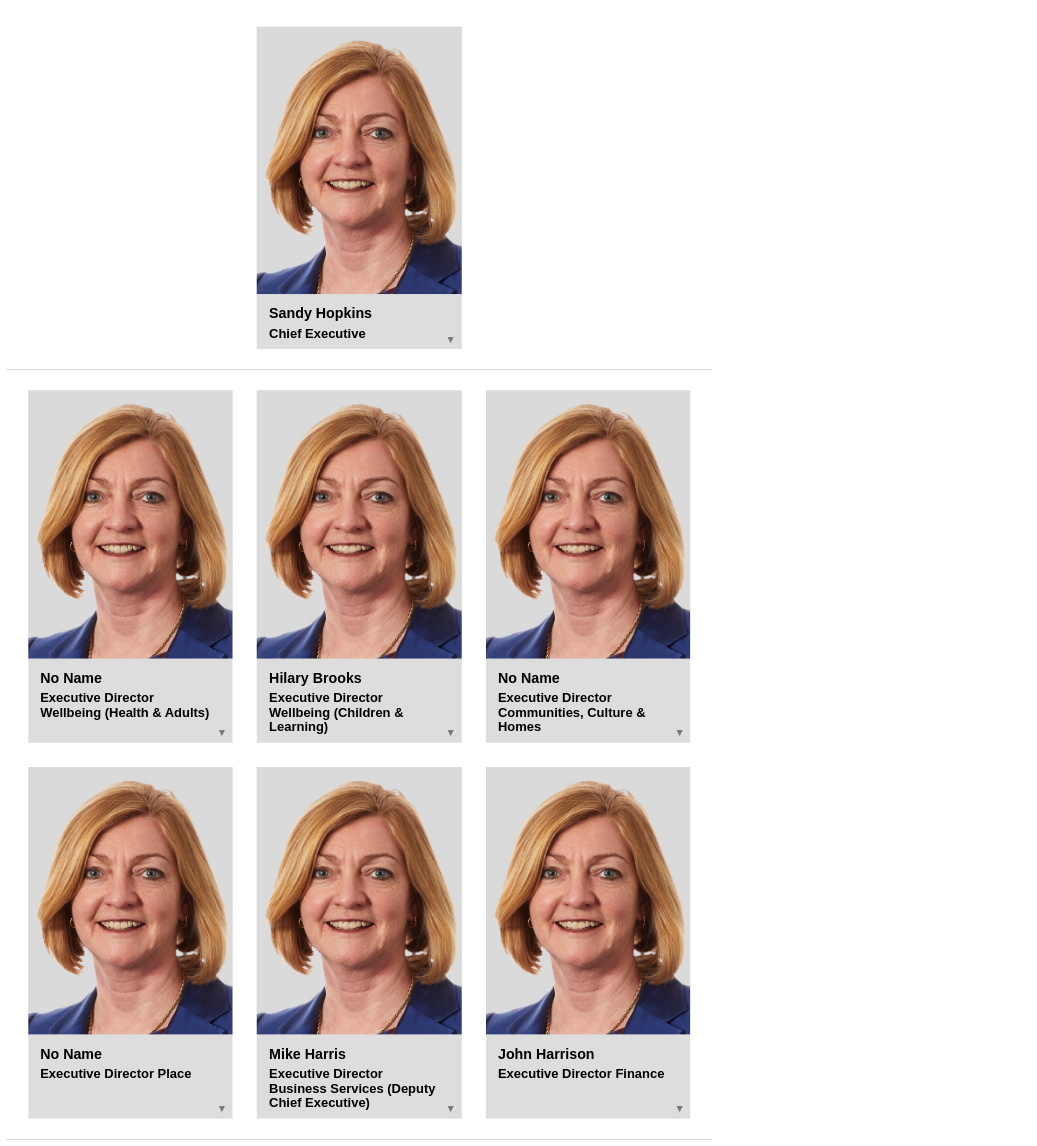
Repository: DigitalExperienceTeam/management
Page: index.html
The author's editor kept a record of every edit. The page is drawn from the files as they stood at one moment, then again after the next edit.
The browser window is 1280 px wide. The pictures show the whole page, at 81% of full size.

Above is the page before.

After the next edit:
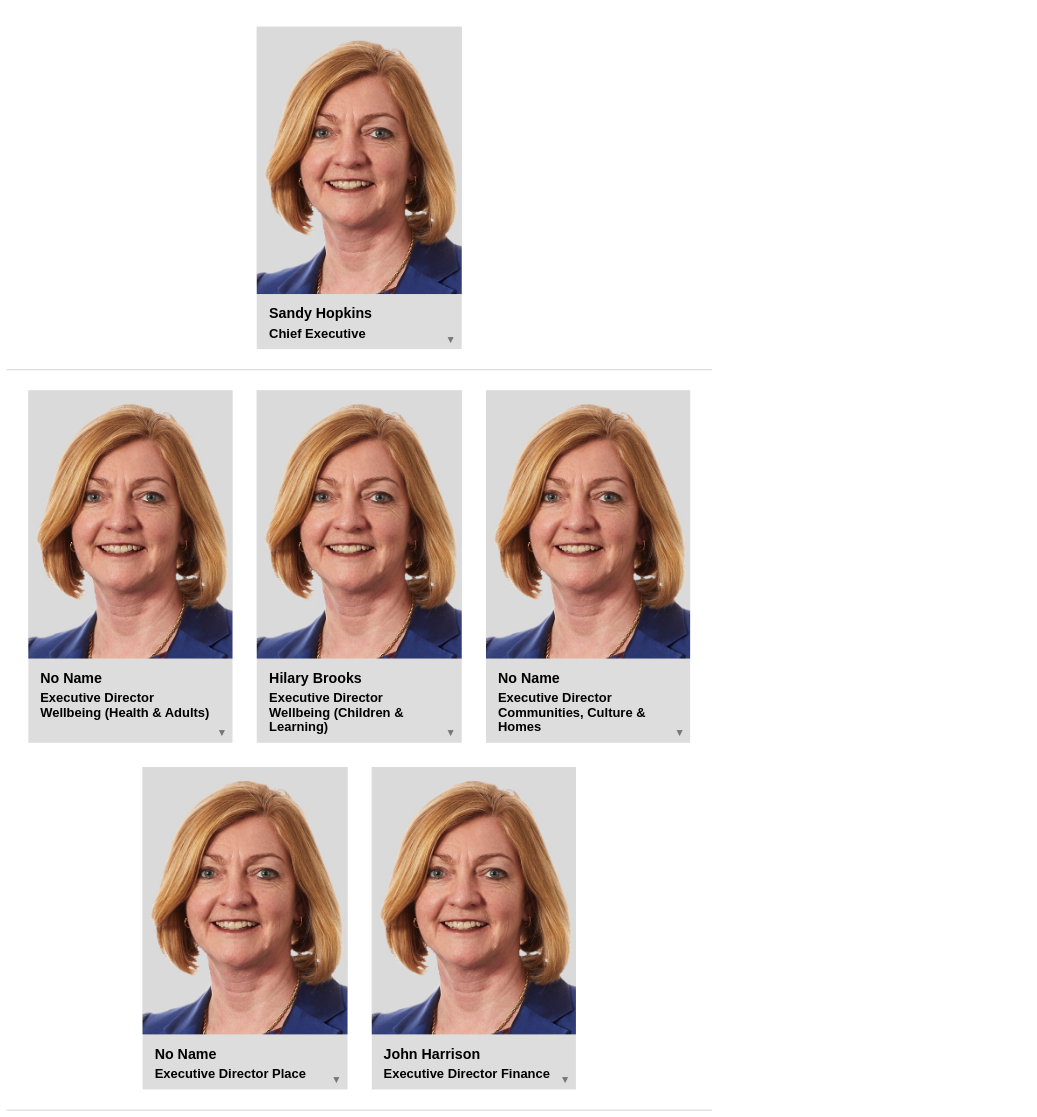
The edit:
--- a/index.html
+++ b/index.html
@@ -83,18 +83,7 @@
             </div>
         </div>
 
-          <div class="profile lighter">
-               <img class="profile-pic" src="sandy.jpg">
-            <div class="details">
-                <p class="name">Mike Harris</p>
-                <p class="title">Executive Director Business Services (Deputy Chief Executive)<span class="more">&#9660;</span></p>
-            </div>
-            <div class="bio">
-                <p>Lorem ipsum dolor sit amet, consectetur adipiscing elit. Nunc quis feugiat magna, non vehicula purus. Sed quis enim et dolor tempor aliquet. Proin a tincidunt ligula, nec rhoncus risus. Aliquam ut magna ac nisl dapibus lobortis ut molestie eros. Maecenas ornare quam vel accumsan congue. Curabitur mattis, odio non rhoncus tempor, diam elit convallis lacus, quis feugiat est lectus sit amet mi. Donec at ex in turpis luctus blandit sit amet eu eros. Nullam a libero turpis. Nullam mattis id est ut suscipit. Donec hendrerit turpis sed ligula hendrerit commodo.</p>
-<p>Cras sed vulputate libero. Nam rhoncus quam turpis, vitae eleifend velit ornare a. Donec sollicitudin leo id nunc faucibus, imperdiet porttitor ex dictum. Nam condimentum nibh porta ligula molestie rhoncus. Sed pellentesque lacinia nisi ut finibus. Fusce facilisis scelerisque facilisis. Sed consequat quam nec lectus faucibus lacinia.</p>
-<div class="less">&#9650;</div>
-            </div>
-        </div>
+
 
            <div class="profile lighter">
               <img class="profile-pic" src="sandy.jpg">

After the edit that followed:
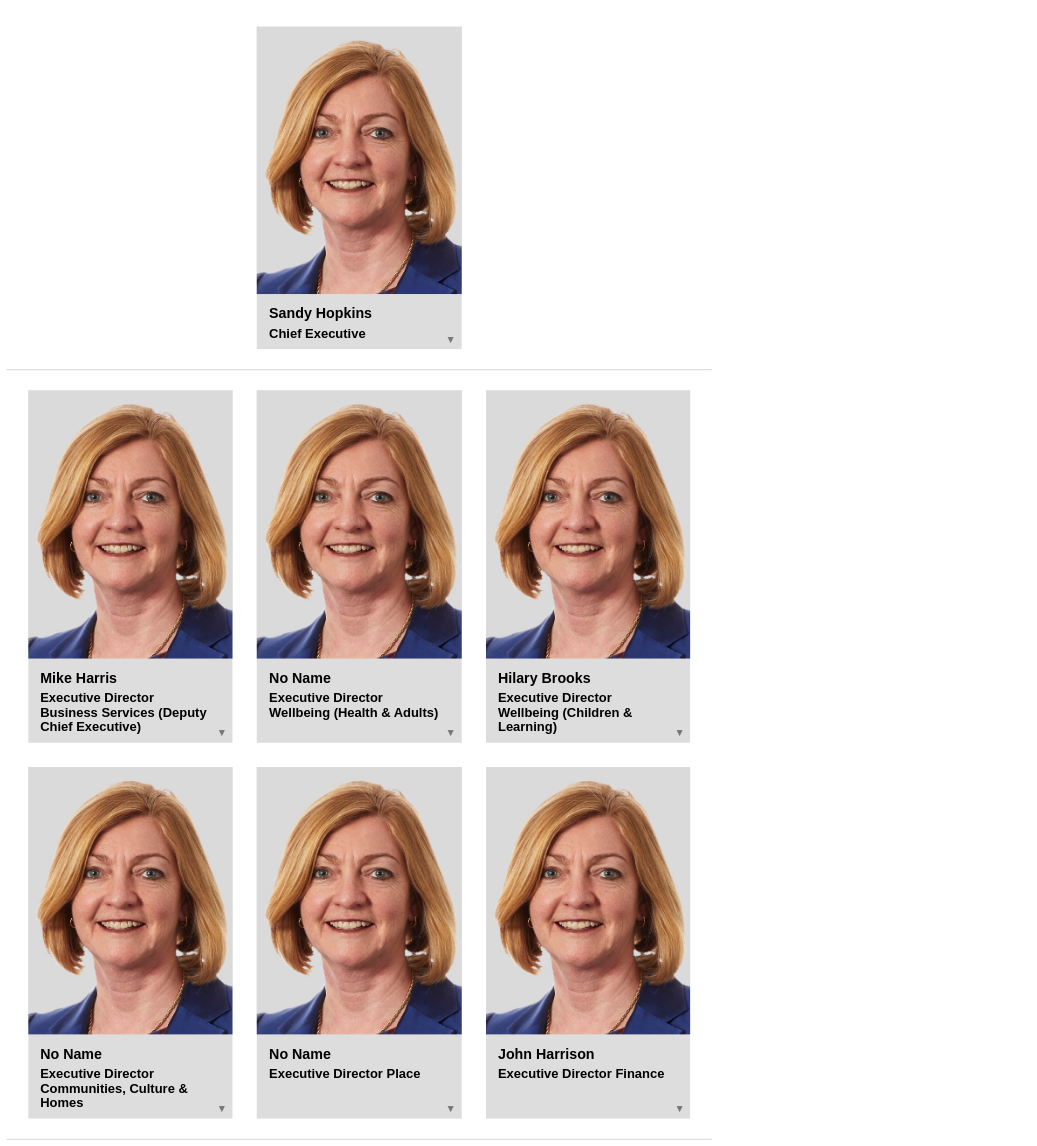
The edit:
--- a/index.html
+++ b/index.html
@@ -32,6 +32,20 @@
 
 
     <div class="profiles-wrapper">
+
+
+                 <div class="profile lighter">
+               <img class="profile-pic" src="sandy.jpg">
+            <div class="details">
+                <p class="name">Mike Harris</p>
+                <p class="title">Executive Director Business Services (Deputy Chief Executive)<span class="more">&#9660;</span></p>
+            </div>
+            <div class="bio">
+                <p>Lorem ipsum dolor sit amet, consectetur adipiscing elit. Nunc quis feugiat magna, non vehicula purus. Sed quis enim et dolor tempor aliquet. Proin a tincidunt ligula, nec rhoncus risus. Aliquam ut magna ac nisl dapibus lobortis ut molestie eros. Maecenas ornare quam vel accumsan congue. Curabitur mattis, odio non rhoncus tempor, diam elit convallis lacus, quis feugiat est lectus sit amet mi. Donec at ex in turpis luctus blandit sit amet eu eros. Nullam a libero turpis. Nullam mattis id est ut suscipit. Donec hendrerit turpis sed ligula hendrerit commodo.</p>
+<p>Cras sed vulputate libero. Nam rhoncus quam turpis, vitae eleifend velit ornare a. Donec sollicitudin leo id nunc faucibus, imperdiet porttitor ex dictum. Nam condimentum nibh porta ligula molestie rhoncus. Sed pellentesque lacinia nisi ut finibus. Fusce facilisis scelerisque facilisis. Sed consequat quam nec lectus faucibus lacinia.</p>
+<div class="less">&#9650;</div>
+            </div>
+        </div>
          <div class="profile lighter">
             <img class="profile-pic" src="sandy.jpg">
             <div class="details">
